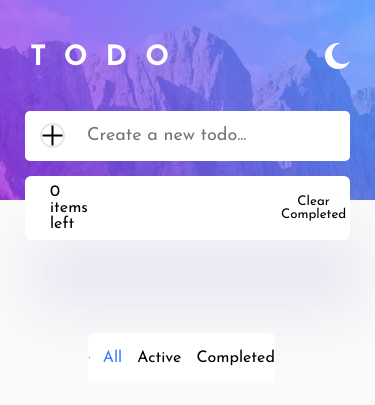
Repository: Haviles04/todoapp
Page: /
An editor plug-in stored every save of this project. The page is shown before and after a run of saves, followed by the edit.
The browser window is 375 px wide. The pictures show the whole page.
The project was rebuilt for these pictures with package versions that can differ from the ones it lists, and the page was loaded fresh each time.

Above is the page before, as saved 2022-10-24 16:30:08.

After the next 2 saves:
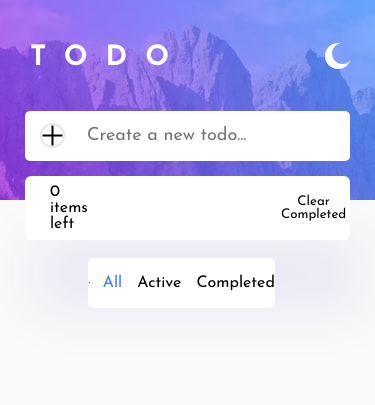
The 2 saves are shown as one change because they came seconds apart.
The last was saved 22 s later.
--- a/src/components/optionsFooter/optionsFooter.css
+++ b/src/components/optionsFooter/optionsFooter.css
@@ -52,7 +52,7 @@
         justify-content: center;
         width: 350px;
         height: 50px;
-        top:150px;
+        top:75px;
         background-color: white;
         border-radius: 5px;
     }
